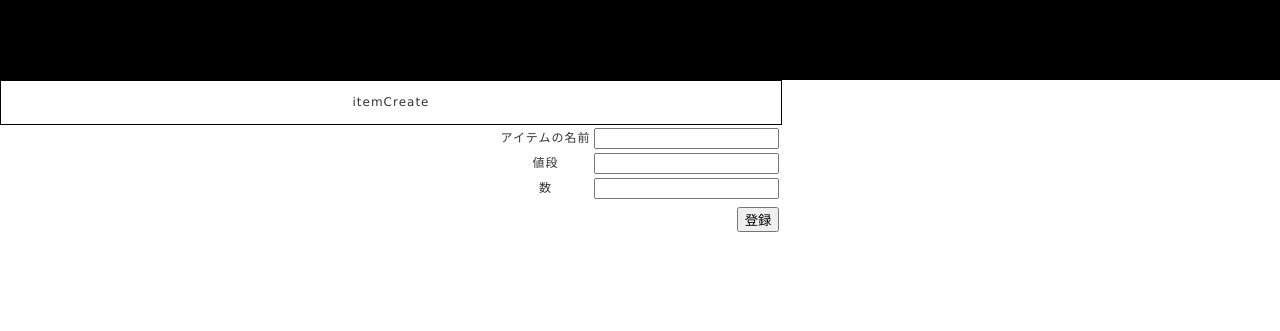
Repository: kazuki000/test
Page: http://localhost/ecsite/itemCreate.jsp
The author's editor kept a copy of each file at every save. The page is drawn from the files as they stood at one save, then again after the next save.
The browser window is 1280 px wide. The pictures show the whole page.
The page is served by Tomcat 9.

Above is the page before, as saved 2019-05-01 17:16:52.

After the next save:
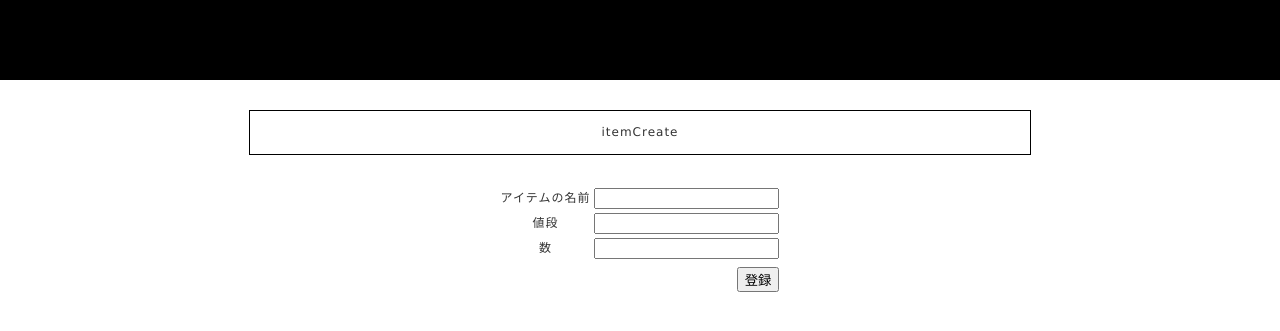
Saved 2 min 48 s later.
--- a/ecsite/WebContent/itemCreate.jsp
+++ b/ecsite/WebContent/itemCreate.jsp
@@ -32,7 +32,7 @@
 
 	#top{
 		width:780px;
-		height:30px auto;
+		margin:30px auto;
 		border:1px solid black;
 	}
 
